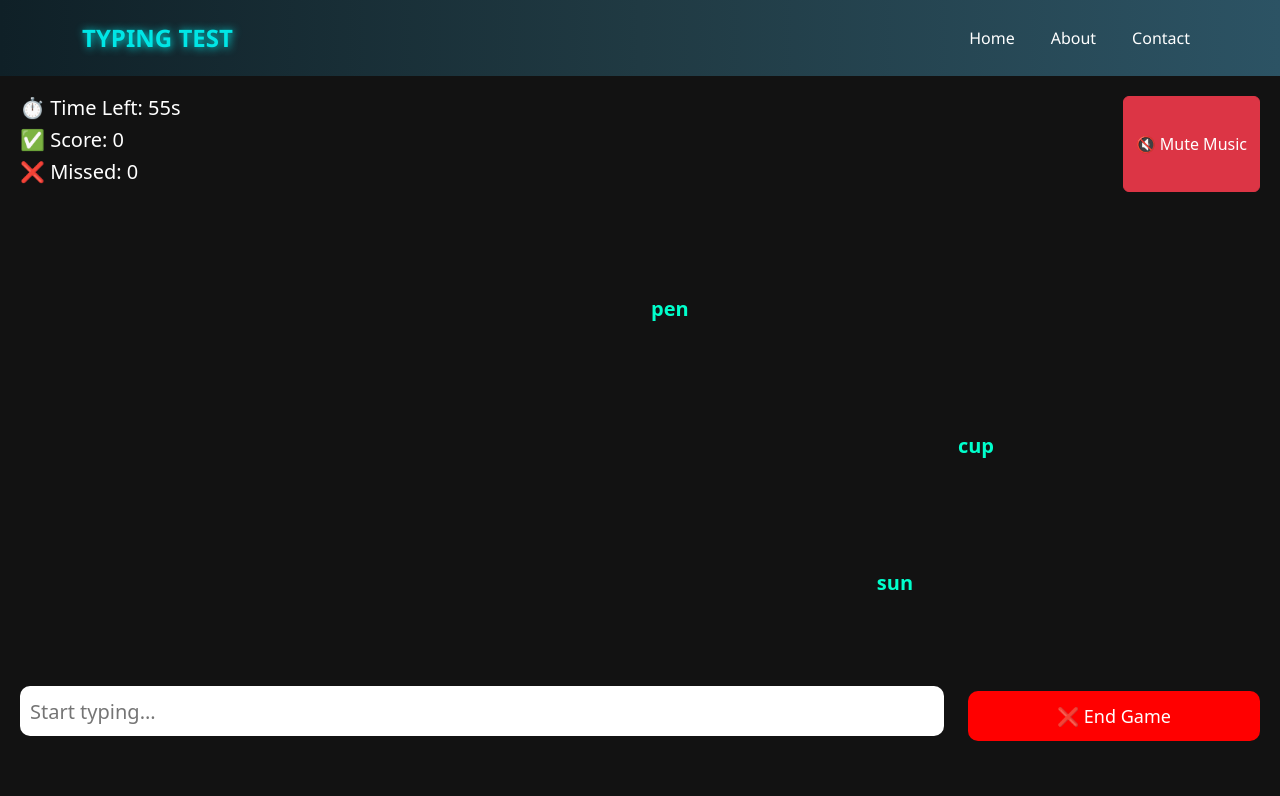
Repository: SHAHZADcodr/typing-test-react
Page: /game
The author's editor kept a copy of each file at every save. The page is drawn from the files as they stood at one save, then again after the next save.
The browser window is 1280 px wide. The pictures show the whole page.
The project was rebuilt for these pictures with package versions that can differ from the ones it lists, and the page was loaded fresh each time. Also part of the build but not shown: src/customCss/Home.css, src/pages/Home.jsx, src/customCss/About.css, src/pages/About.jsx, src/customCss/Contact.css, src/pages/Contact.jsx, src/customCss/GameOver.css, src/pages/GameOver.jsx. Imported but missing from the stored project, and not drawn on this page: src/assets/background.mp3, src/assets/pop.mp3.

Above is the page before, as saved 2025-04-09 00:55:51.

### src/index.js
import React from 'react';
import "bootstrap/dist/css/bootstrap.min.css";
import ReactDOM from 'react-dom/client';
import './index.css';
import App from './App';
import { BrowserRouter } from 'react-router-dom';
import reportWebVitals from './reportWebVitals';

const root = ReactDOM.createRoot(document.getElementById('root'));
root.render(
  <React.StrictMode>
    <BrowserRouter>
      <App />
    </BrowserRouter>
  </React.StrictMode>
);

// If you want to start measuring performance in your app, pass a function
// to log results (for example: reportWebVitals(console.log))
// or send to an analytics endpoint. Learn more: https://bit.ly/CRA-vitals
reportWebVitals();

### src/index.css
body {
  margin: 0;
  background: linear-gradient(135deg, #0f2027,
  #203a43, #2c5364);
}

### src/App.js
import {Routes,Route} from "react-router-dom";
import './App.css';
//pages
import Home  from "./pages/Home";
import About from "./pages/About";
import Contact from "./pages/Contact";
import Game from "./pages/Game";
import GameOver from "./pages/GameOver";

//components
import Navigation from "./components/Navbar";

function App() {
  return (
    <>
    <Navigation/>
    <Routes>
      <Route path="/" element={<Home/>}/>
      <Route path="*" element={<Home/>}/>
      <Route path="/about" element={<About/>}/>
      <Route path="/contact" element={<Contact/>}/>
      <Route path="/game" element={<Game/>}/>
      <Route path="/gameOver" element={<GameOver/>}/>

    </Routes>
    </>

  );
}

export default App;

### src/App.css
.custom-navbar {
  background: linear-gradient(to right, #0f2027, #203a43, #2c5364) !important;
  padding: 15px 20px;
  box-shadow: 0 4px 15px rgba(0, 0, 0, 0.6);
  font-family: 'Segoe UI', Tahoma, Geneva, Verdana, sans-serif;
}

.custom-navbar .navbar-brand {
  color: #00e6e6 !important;
  font-weight: bold;
  font-size: 1.5rem;
  text-shadow: 1px 1px 8px #00e6e6;
}

.custom-navbar .nav-link {
  color: #ffffff !important;
  margin-left: 20px;
  transition: color 0.3s ease, transform 0.2s ease;
  font-weight: 500;
}

.custom-navbar .nav-link:hover {
  color: #00e6e6 !important;
  transform: scale(1.05);
  text-shadow: 0 0 5px #00e6e6;
}

.custom-navbar .navbar-toggler {
  background-color: #00e6e6;
}

### src/pages/Game.jsx
// Same imports
import React, { useEffect, useRef, useState } from 'react';
import { useLocation, useNavigate } from 'react-router-dom';
import { Container, Row, Col, Button, Toast } from 'react-bootstrap';
import '../customCss/Game.css';
import popSound from '../assets/pop.mp3';
import bgMusicFile from '../assets/background.mp3';

const wordBank = {
  easy: ['cat', 'dog', 'sun', 'pen', 'cup'],
  medium: ['apple', 'banana', 'pencil', 'camera', 'jungle'],
  hard: ['algorithm', 'symphony', 'hypothesis', 'university', 'revolution']
};

const Game = () => {
  const { state } = useLocation();
  const navigate = useNavigate();
  const { difficulty = 'easy', duration = 60 } = state || {};

  const [words, setWords] = useState([]);
  const [typed, setTyped] = useState('');
  const [timeLeft, setTimeLeft] = useState(duration);
  const [score, setScore] = useState(0);
  const [missed, setMissed] = useState(0);
  const [showToast, setShowToast] = useState(true);
  const [bgMusicPlaying, setBgMusicPlaying] = useState(true);

  const wordId = useRef(0);
  const pop = new Audio(popSound);
  const bgMusic = useRef(new Audio(bgMusicFile));
  const inputRef = useRef();

  useEffect(() => {
    inputRef.current.focus();

    if (bgMusicPlaying) {
      bgMusic.current.loop = true;
      bgMusic.current.play();
    }

    const timer = setInterval(() => {
      setTimeLeft((prev) => {
        if (prev <= 1) {
          clearInterval(timer);
          endGame();
        }
        return prev - 1;
      });
    }, 1000);
    return () => clearInterval(timer);
  }, []);

  useEffect(() => {
    const interval = setInterval(() => {
      const word = wordBank[difficulty][Math.floor(Math.random() * wordBank[difficulty].length)];
      const newWord = {
        id: wordId.current++,
        text: word,
        top: 0,
        left: Math.random() * 80 + 10,
        color: 'default'
      };
      setWords((prev) => [...prev, newWord]);
    }, 1500);
    return () => clearInterval(interval);
  }, [difficulty]);

  useEffect(() => {
    const falling = setInterval(() => {
      setWords((prevWords) => {
        const updated = prevWords.map((word) => ({ ...word, top: word.top + 2 }));
        const filtered = updated.filter((word) => {
          if (word.top >= 90) {
            setMissed((m) => m + 1);
            return false;
          }
          return true;
        });
        return filtered;
      });
    }, 100);
    return () => clearInterval(falling);
  }, []);

  const handleTyping = (e) => {
    const input = e.target.value;
    setTyped(input);

    if (input.endsWith(' ')) {
      const trimmedInput = input.trim();
      const found = words.find((w) => w.text === trimmedInput);

      if (found) {
        pop.play();
        setScore((s) => s + 1);
        highlightAndRemove(found.id, 'green');
      } else {
        const randomWord = words[0];
        if (randomWord) {
          highlightAndRemove(randomWord.id, 'red');
        }
      }

      setTyped('');
    }
  };

  const highlightAndRemove = (id, color) => {
    setWords((prev) =>
      prev.map((w) => (w.id === id ? { ...w, color } : w))
    );
    setTimeout(() => {
      setWords((prev) => prev.filter((w) => w.id !== id));
    }, 300);
  };

  const endGame = () => {
    bgMusic.current.pause();
    bgMusic.current.currentTime = 0;

    setTimeout(() => {
      const total = score + missed;
      const accuracy = total === 0 ? 0 : Math.round((score / total) * 100);
      const wpm = Math.round(score / (duration / 60));

      const result = { score, missed, accuracy, wpm, total };

      console.log('Saving result to localStorage:', result);
      localStorage.setItem('gameResult', JSON.stringify(result));

      navigate('/gameover');
    }, 100);
  };

  const toggleBgMusic = () => {
    if (bgMusicPlaying) {
      bgMusic.current.pause();
    } else {
      bgMusic.current.play();
    }
    setBgMusicPlaying(!bgMusicPlaying);
  };

  return (
    <Container fluid className="game-container">
      <Toast show={showToast} onClose={() => setShowToast(false)} delay={3000} autohide>
        <Toast.Header>
          <strong className="me-auto">Game Tip</strong>
        </Toast.Header>
        <Toast.Body>You have to press space after typing every word!</Toast.Body>
      </Toast>

      <div className="top-bar d-flex justify-content-between">
        <div>
          <h5>⏱ Time Left: {timeLeft}s</h5>
          <h5>✅ Score: {score}</h5>
          <h5>❌ Missed: {missed}</h5>
        </div>
        <Button variant={bgMusicPlaying ? 'danger' : 'success'} onClick={toggleBgMusic}>
          {bgMusicPlaying ? '🔇 Mute Music' : '🔊 Play Music'}
        </Button>
      </div>

      <div className="falling-area">
        {words.map((word) => (
          <div
            key={word.id}
            className={`falling-word ${word.color}`}
            style={{ top: `${word.top}%`, left: `${word.left}%` }}
          >
            {word.text}
          </div>
        ))}
      </div>

      <Row className="mt-3 align-items-center bottom-controls">
        <Col xs={9}>
          <input
            type="text"
            className="typing-input"
            value={typed}
            onChange={handleTyping}
            ref={inputRef}
            placeholder="Start typing..."
          />
        </Col>
        <Col xs={3}>
          <Button onClick={endGame} className="end-game-button">
            ❌ End Game
          </Button>
        </Col>
      </Row>
    </Container>
  );
};

export default Game;

### src/components/Navbar.jsx
import React from 'react';
import { Navbar, Nav, Container } from 'react-bootstrap';
import { Link } from 'react-router-dom';
import '../App.css'; // Make sure this path is correct

const Navigation = () => {
  return (
    <Navbar expand="lg" className="custom-navbar" variant="dark">
      <Container>
        <Navbar.Brand as={Link} to="/">TYPING TEST</Navbar.Brand>
        <Navbar.Toggle aria-controls="basic-navbar-nav" />
        <Navbar.Collapse id="basic-navbar-nav">
          <Nav className="ms-auto">
            <Nav.Link as={Link} to="/">Home</Nav.Link>
            <Nav.Link as={Link} to="/about">About</Nav.Link>
            <Nav.Link as={Link} to="/contact">Contact</Nav.Link>
          </Nav>
        </Navbar.Collapse>
      </Container>
    </Navbar>
  );
};

export default Navigation;

### src/customCss/Game.css
.game-container {
  height: 100vh;
  background: #121212;
  color: white;
  padding: 20px;
  position: relative;
  overflow: hidden;
}

.top-bar {
  display: flex;
  justify-content: space-around;
  margin-bottom: 10px;
  font-size: 18px;
}

.falling-area {
  position: relative;
  height: 80%;
  width: 100%;
  overflow: hidden;
}

.falling-word {
  position: absolute;
  font-size: 20px;
  font-weight: bold;
  color: #00ffcc;
  transition: top 0.1s linear;
}

.falling-word.green {
  color: #00ff00;
}

.falling-word.red {
  color: #ff4d4d;
}

.typing-input {
  width: 100%;
  padding: 10px;
  font-size: 20px;
  border-radius: 10px;
  border: none;
  outline: none;
  height: 50px;
}
.end-game-button {
  width: 100%;
  height: 50px;
  font-size: 18px;
  background-color: red;
  color: white;
  border: none;
  border-radius: 10px;
}
.game-container {
  height: 100vh;
  background: #121212;
  color: white;
  padding: 20px;
  display: flex;
  flex-direction: column;
  justify-content: space-between; /* ensures top and bottom areas are spaced */
  overflow: hidden;
}

.falling-area {
  flex: 1; /* allows it to grow and take up space between top-bar and bottom-controls */
  position: relative;
  width: 100%;
  overflow: hidden;
  margin-bottom: 10px;
}

.bottom-controls {
  margin-bottom: 30px; /* lift it up even more */
}

.typing-input {
  width: 100%;
  padding: 10px;
  font-size: 20px;
  border-radius: 10px;
  border: none;
  outline: none;
  height: 50px;
  margin-bottom: 10px;
}

.end-game-button {
  width: 100%;
  height: 50px;
  font-size: 18px;
  background-color: red;
  color: white;
  border: none;
  border-radius: 10px;
}

Loaded but not shown: public/index.html (common file); src/reportWebVitals.js (common file)

After the next save:
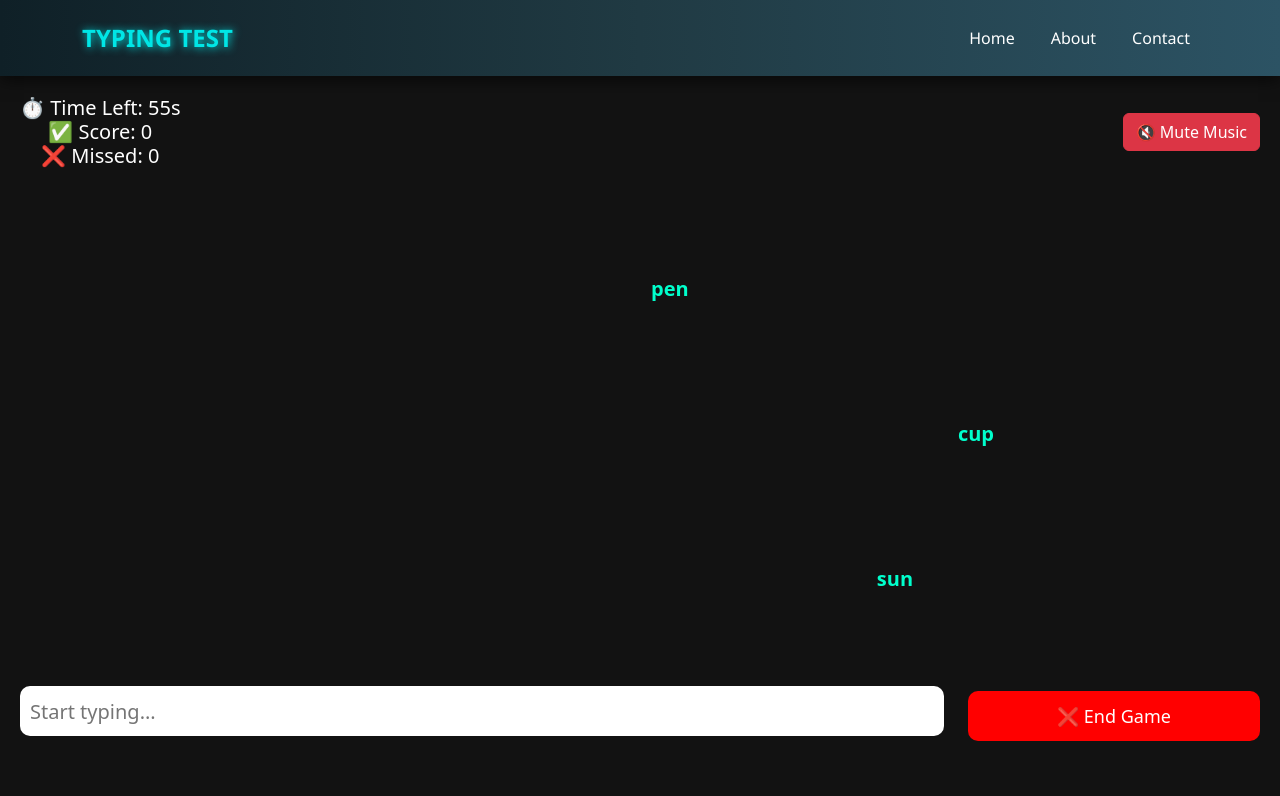
Saved 2 min 23 s later.
--- a/src/customCss/Game.css
+++ b/src/customCss/Game.css
@@ -3,22 +3,49 @@
   background: #121212;
   color: white;
   padding: 20px;
-  position: relative;
+  display: flex;
+  flex-direction: column;
+  justify-content: space-between;
   overflow: hidden;
 }
 
 .top-bar {
   display: flex;
-  justify-content: space-around;
+  justify-content: space-between;
+  align-items: center;
+  flex-wrap: wrap;
   margin-bottom: 10px;
   font-size: 18px;
+  gap: 10px;
+}
+
+.top-bar h5 {
+  margin: 0;
+  flex: 1;
+  text-align: center;
+}
+
+.music-toggle-button {
+  background-color: #1f1f1f;
+  color: #00ffcc;
+  border: 2px solid #00ffcc;
+  border-radius: 10px;
+  padding: 8px 16px;
+  font-size: 16px;
+  transition: all 0.3s ease;
+}
+
+.music-toggle-button:hover {
+  background-color: #00ffcc;
+  color: #121212;
 }
 
 .falling-area {
+  flex: 1;
   position: relative;
-  height: 80%;
   width: 100%;
   overflow: hidden;
+  margin-bottom: 10px;
 }
 
 .falling-word {
@@ -45,47 +72,6 @@
   border: none;
   outline: none;
   height: 50px;
-}
-.end-game-button {
-  width: 100%;
-  height: 50px;
-  font-size: 18px;
-  background-color: red;
-  color: white;
-  border: none;
-  border-radius: 10px;
-}
-.game-container {
-  height: 100vh;
-  background: #121212;
-  color: white;
-  padding: 20px;
-  display: flex;
-  flex-direction: column;
-  justify-content: space-between; /* ensures top and bottom areas are spaced */
-  overflow: hidden;
-}
-
-.falling-area {
-  flex: 1; /* allows it to grow and take up space between top-bar and bottom-controls */
-  position: relative;
-  width: 100%;
-  overflow: hidden;
-  margin-bottom: 10px;
-}
-
-.bottom-controls {
-  margin-bottom: 30px; /* lift it up even more */
-}
-
-.typing-input {
-  width: 100%;
-  padding: 10px;
-  font-size: 20px;
-  border-radius: 10px;
-  border: none;
-  outline: none;
-  height: 50px;
   margin-bottom: 10px;
 }
 
@@ -97,4 +83,13 @@
   color: white;
   border: none;
   border-radius: 10px;
+  transition: background-color 0.3s ease;
 }
+
+.end-game-button:hover {
+  background-color: darkred;
+}
+
+.bottom-controls {
+  margin-bottom: 30px;
+}
